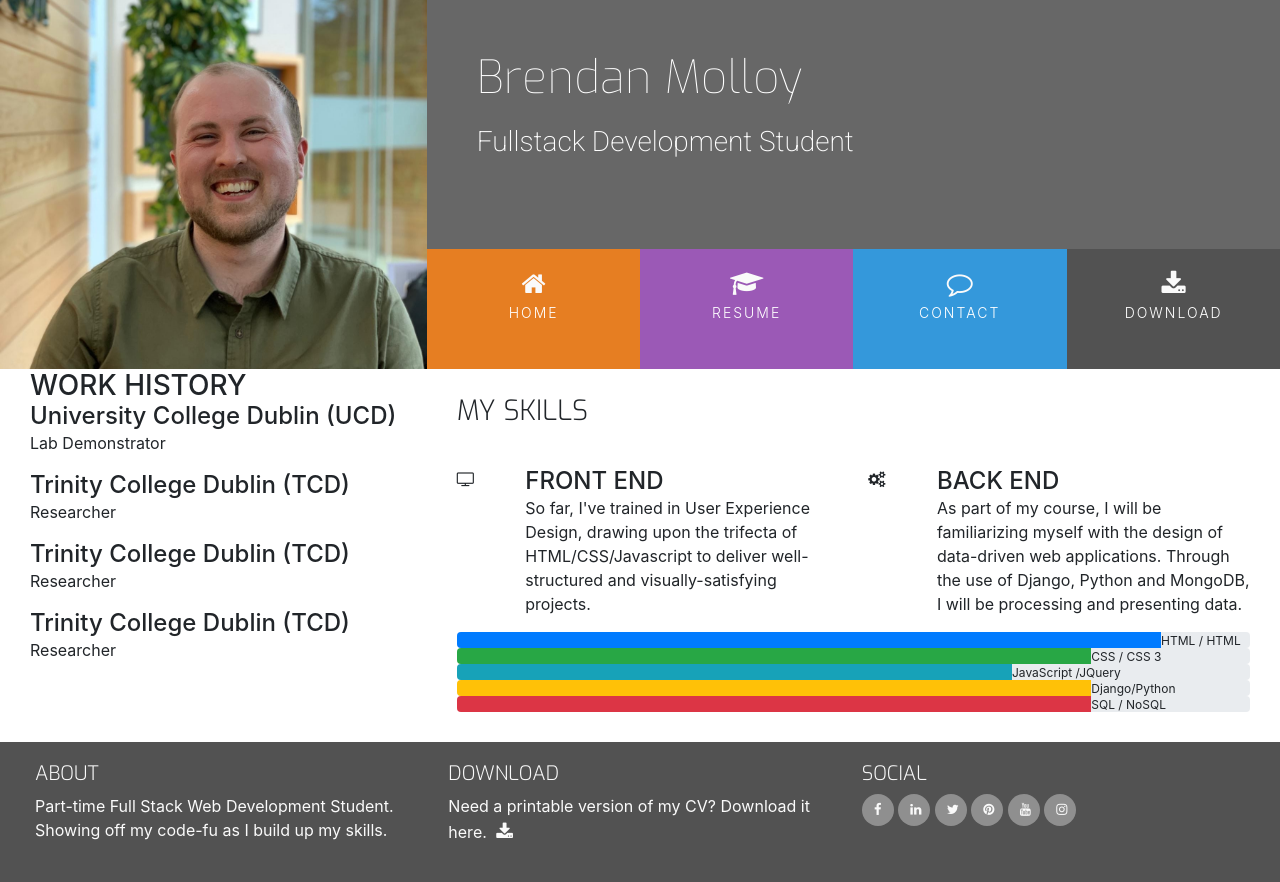
Repository: BrendanMolloy/my-web-cv
Page: resume.html
The author's editor kept a record of every edit. The page is drawn from the files as they stood at one moment, then again after the next edit.
The browser window is 1280 px wide. The pictures show the whole page.

Above is the page before.

After the next edit:
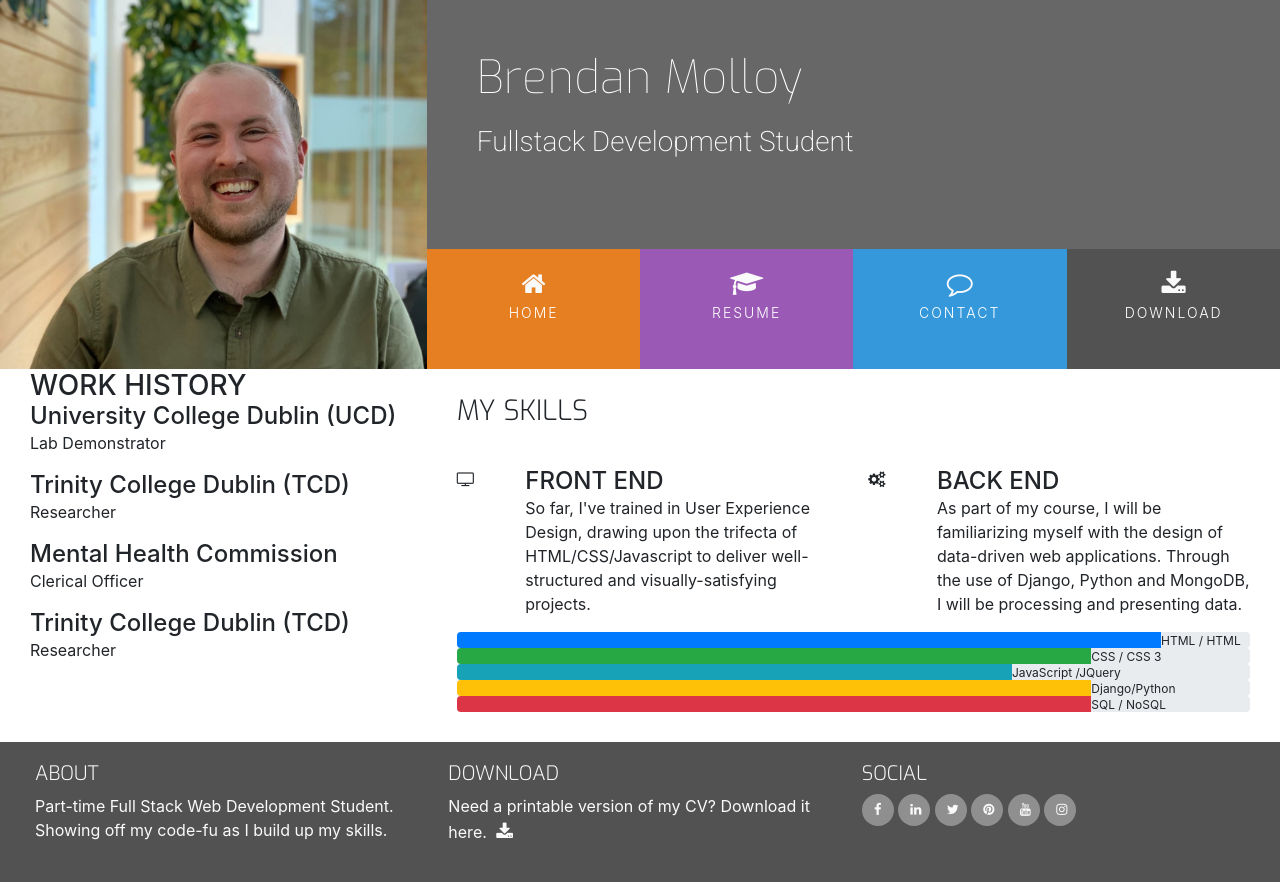
The edit:
--- a/resume.html
+++ b/resume.html
@@ -66,8 +66,8 @@
                     <p>Researcher</p>
                 </div>
                 <div class="timeline-item" data-dates="10/2014 - 12/2017">
-                    <h4>Trinity College Dublin (TCD)</h4>
-                    <p>Researcher</p>
+                    <h4>Mental Health Commission</h4>
+                    <p>Clerical Officer</p>
                 </div>
                 <div class="timeline-item" data-dates="10/2014 - 12/2017">
                     <h4>Trinity College Dublin (TCD)</h4>
